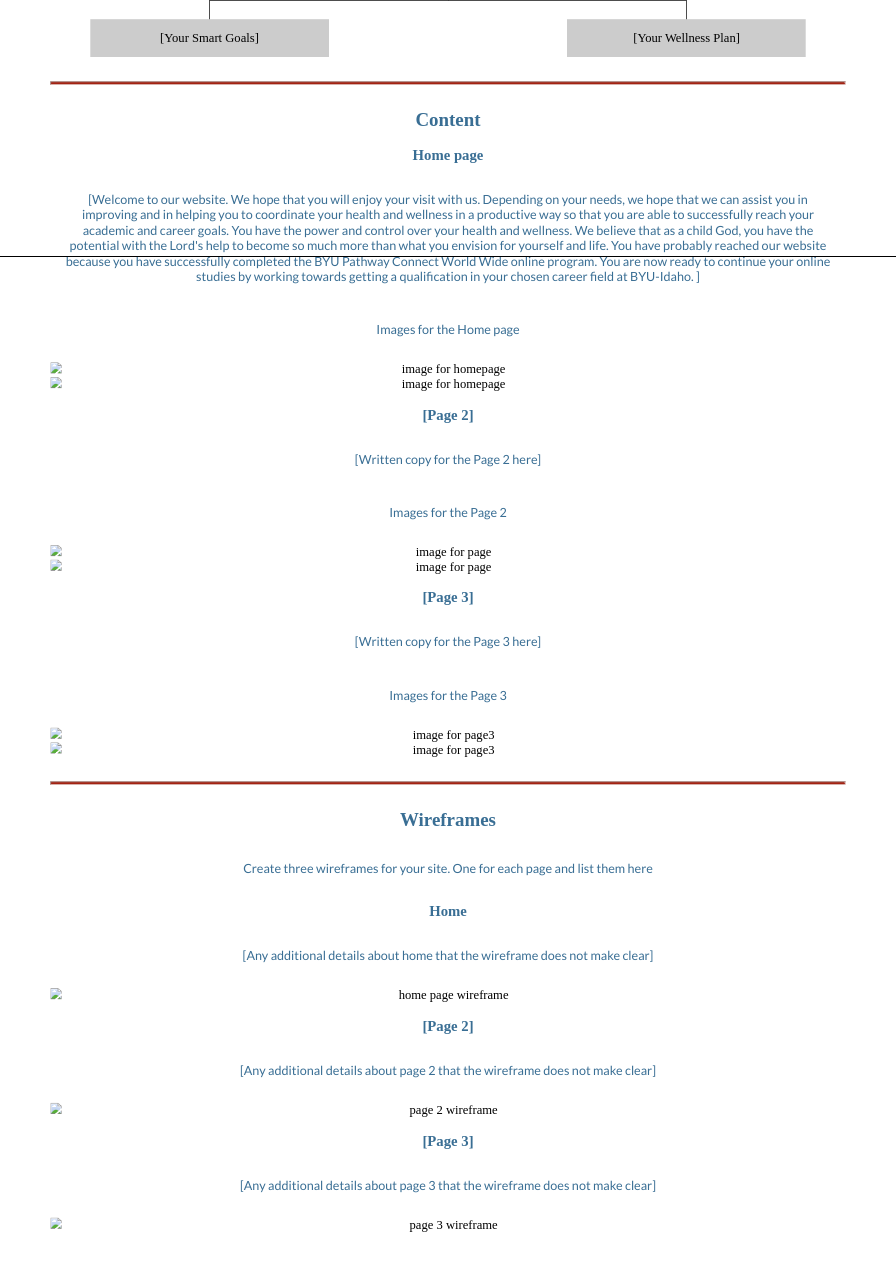
Repository: mszakutumela/wdd130
Page: wellness_plan/site-plan.html
These files come from the project's save history. The page is drawn as it stood at one moment and after the next save; the edit follows.
The browser window is 1280 px wide. The pictures show the part of the page from y = 2539 to 4459 px (the page is 4371 px tall before and 4459 px after), at 70% of full size.
Some web fonts or font styles are not loaded; a fallback is used.

Above is the page before, as saved 2023-07-14 22:34:55.

### wellness_plan/site-plan.html

<!DOCTYPE html>
<html lang="en-us">

  <head>
    <meta charset="utf-8">
    <title>Site Plan</title>
    <link type="text/css" rel="stylesheet" href="styles/site-plan.css">
  </head>

  <body>
    <header>
      <h1>[Wellness Plan] Site Plan</h1>
      <h2>Ayanda Ndlovu</h2>
      <h2>WDD 130-[W07-W08]</h2>
      <!-- In the header above, add the name or your site, your name and class number. For example if you are in section 3 you would put WDD 130.03 -->
    </header>
    <main>

      <!-- ------------------------Steps 2-3------------------------------ -->
      <hr>
      <h2>Overview</h2>
      <h3>Purpose</h3>
      <p>[The purpose of this website is to educate BYU Pathway World Wide online students around the world about a "Wellness Plan". For them <br>
        to know what it is and how it can help them. We know that furthering one's studies is not easy and it can <br>
        be very challenging. We are here help you create your own Wellness Plan for your academic and career success.]</p>  <!-- change this -->


      <h3>Audience</h3>
      <p>[BYU Pathway World Wide online students around the world who are studying to get a qualification for their chosen career path.]</p>  <!-- change this -->

      <hr>
      <h2>Branding</h2>
      <h3>Website Logo</h3>
      <!-- Replace this with some sort of logo for your site.  A logo can be as simple as the name of your site in a nice font :) -->
      <img src="images/logo 1.png" alt="Logo image">
      <hr>
      <h2>
        Style Guide
      </h2>

      <!-- ------------------------Steps 4-8------------------------------ -->

      <h3>
        Color Palette
      </h3>
      <!--  The colors you choose for a website are one of the most important decisions you will make. Follow the instructions on the activity in iLearn then return and replace the color codes below with the hex color codes (the 6 digit numbers that show at the bottom of each color) for the colors you have chosen below.  You should have at least 2 colors but do not have to fill in all 4 if you do not need them.  -->

      <!-- Copy and paste the URL to your finished palette below Make sure to paste it into both spots -->
      Palette URL: <a href="https://coolors.co/396e94-e7c24f-a43312-381d2a-aabd8c" target="_blank">https://coolors.co/396e94-e7c24f-a43312-381d2a-aabd8c</a>


      <table class="colors">
        <tr><th>Primary</th><th>Secondary</th><th>Accent 1</th><th>Accent 2</th></tr>
        <!-- Replace the numbers in the boxes below with your hex color codes. Then switch to the site-plan.css file and change your colors there as well. -->
        <tr><td class="primary">[#327570]</td><td class="secondary">[#b4f7f1]</td><td class="accent1">[#69f5ea]</td><td class="accent2">[#53c2b0]</td></tr>
      </table>

      <!-- ------------------------Step 9------------------------------ -->

      <h3>
        Typography
      </h3>
      <!-- Choose a font for your paragraphs (body copy) and headlines. What font(s) have you chosen? Why did you choose what you did?  Make sure to review the list of web safe fonts at W3Schools.org as a starting point.  Think also about which of your colors above you might use for background and font colors. -->

      <h4>
        Heading Font: [Arial]  <!-- change this -->
      </h4>
      <h4>
        Paragraph Font: [Tahoma]  <!-- change this -->
      </h4>
      <h3>
        Normal paragraph example
      </h3>
      <p>
        Lorem ipsum dolor sit amet, consectetur adipiscing elit, sed do eiusmod tempor incididunt ut labore et dolore magna aliqua. Ut enim ad minim veniam, quis nostrud exercitation ullamco laboris nisi ut aliquip ex ea commodo consequat. Duis aute irure dolor in reprehenderit in voluptate velit esse cillum dolore eu fugiat nulla pariatur. Excepteur sint occaecat cupidatat non proident, sunt in culpa qui officia deserunt mollit anim id est laborum.
      </p>
      <h3>
        Colored paragraph example
      </h3>
      <p class="colored">
        Lorem ipsum dolor sit amet, consectetur adipiscing elit, sed do eiusmod tempor incididunt ut labore et dolore magna aliqua. Ut enim ad minim veniam, quis nostrud exercitation ullamco laboris nisi ut aliquip ex ea commodo consequat.
      </p>

      <!-- ------------------------Step 10------------------------------ -->

      <h3>
        Navigation
      </h3>
      <!-- Think about how you want your navigation bar to look. In the site-plan.css file change the colors to your colors to get the look you desire. -->
      <nav>
        <a href="#">Home</a>
        <a href="#">Your Smart Goals </a>
        <a href="#">Your Wellness Plan</a>
      </nav>
      <hr>
      <h2>
        Site Map
      </h2>
      <div class="sitemap">
        <div class="sm-home">
          Home
        </div>
        <div class="sm-page2">
          [Your Smart Goals] <!-- change this -->
        </div>
        <div class="sm-page3">
          [Your Wellness Plan]  <!-- change this -->
        </div>

        <div class="top">
          &nbsp;
        </div>
        <div class="left">
          &nbsp;
        </div>
        <div class="right">
          &nbsp;
        </div>

      </div>

      <!-- --------Content Section -------------- -->
      <hr>
      <h2>
        Content
      </h2>
      <h3>Home page</h3>
      <p>
        [Welcome to our website. We hope that you will enjoy your visit with us.
        Depending on your needs, we hope that we can assist you in improving and
        in helping you to coordinate your health and wellness in a productive way
        so that you are able to successfully reach your academic and career goals.
        You have the power and control over your health and wellness. We believe
        that as a child God, you have the potential with the Lord's help to become
        so much more than what you envision for yourself and life.
        You have probably reached our website because you have successfully completed
        the BYU Pathway Connect World Wide online program. You are now ready to continue
        your online studies by working towards getting a qualification in your chosen career
        field at BYU-Idaho.
        ]
      </p>
      <p>Images for the Home page</p>
        <img src="#" alt="image for homepage">
        <img src="#" alt="image for homepage">

      </ul>
      <h3>[Page 2]</h3>
      <p>
        [Written copy for the Page 2 here]
      </p>
      <p>Images for the Page 2</p>
        <img src="#" alt="image for page">
        <img src="#" alt="image for page">

      </ul>
      <h3>[Page 3]</h3>
      <p>
        [Written copy for the Page 3 here]
      </p>
      <p>Images for the Page 3</p>
        <img src="#" alt="image for page3">
        <img src="#" alt="image for page3">

      </ul>
      <hr>
      <h2>
        Wireframes
      </h2>
      <p>
        Create three wireframes for your site. One for each page and list them here</p>

      <h3>Home</h3>
      <p>
        [Any additional details about home that the wireframe does not make clear]
      </p>
      <img src="#" alt="home page wireframe">

      <h3>[Page 2]</h3>
      <p>
        [Any additional details about page 2 that the wireframe does not make clear]
      </p>
      <img src="#" alt="page 2 wireframe">

      <h3>[Page 3]</h3>
      <p>
        [Any additional details about page 3 that the wireframe does not make clear]
      </p>
      <img src="#" alt="page 3 wireframe">
    </main>
  </body>

</html>

### wellness_plan/styles/site-plan.css
/* if you are using any Google fonts change the font names below to your fonts.
Any spaces in your font name should be replaced with a +.
Fonts are separated by a | */
@import url('https://fonts.googleapis.com/css?family=IM+Fell+French+Canon+SC|Lato');

:root {
  /* change the values below to your colors from your palette */
  --primary-color: #396E94   ;
  --secondary-color: #E7C24F ;
  --accent1-color: #A42212;
  --accent2-color: white;

  /* change the values below to your chosen font(s) */
  --heading-font: "IM Fell French Canon SC";
  --paragraph-font: Lato, Helvetica, sans-serif;

  /* these colors below should be chosen from among your palette colors above */
  --headline-color-on-white: #396E94;  /* headlines on a white background */
  --headline-color-on-color: white; /* headlines on a colored background */
  --paragraph-color-on-white: #396E94; /* paragraph text on a white background */
  --paragraph-color-on-color: white; /* paragraph text on a colored background */
  --paragraph-background-color: #396E94  ;
  --nav-link-color: #396E94;
  --nav-background-color: #D4AC0D;
  --nav-hover-link-color: white;
  --nav-hover-background-color: #396E94;
}


/*  Look around below...but DON'T CHANGE ANYTHING! */

body {
  max-width: 1200px;
  margin: 0 auto;
  padding: 4em;
  font-size: 18px;
  text-align: center;
}
img {
  display: block;
  margin: 0 auto;
}
h1, h2, h3, h4, h5, h6 {
  font-family: var(--heading-font);
  color: var(--headline-color-on-white);
}
h2 {
  text-align: center;
}
hr {
  height: 3px;
  margin: 35px 0;
  background: var(--accent1-color);
}
header {
  padding: 1em;
  text-align: center;
  color: var(--headline-color-on-color);
  background-color: var(--paragraph-background-color);
}
header > h1, header > h2 {
  color: var(--headline-color-on-color);
}

p {
  font-family: var(--paragraph-font);
  color: var(--paragraph-color-on-white);
  padding: 1em;
}
.colors {
  width: 100%;
  min-width: 350px;
  margin: 30px auto;
  text-align: center;
}
.colors th {
  background-color: #999;
}
.colors td{
  width: 25%;
  height: 3em;
}

.primary {
  background-color: #327570;
}
.secondary {
  background-color: #b4f7f1;
}
.accent1 {
  background-color: #69f5ea;
}
.accent2{
  background-color: var(#53c2b9);
}

p.colored {
  background-color: var(--paragraph-background-color);
  color: var(--paragraph-color-on-color);
}

nav {
  background-color: var(--nav-background-color);
  line-height: 3em;
  text-align: center;
  font-size: 1.2em;
}
nav  {
  list-style-type: none;
  display: flex;

}
nav a {
  padding:1em;
  min-width: 120px;
  text-decoration: none;
  padding: 10px;

}
nav a:link, nav a:visited {
  color: var(--nav-link-color);
}
nav a:hover {
  color: var(--nav-hover-link-color);
  background-color: var(--nav-hover-background-color);
}

.sitemap {
  display: grid;
  justify-content: center;

  grid-template-columns: repeat(6, 15%);
  grid-template-rows: 3em 1.5em 1.5em 3em;
  grid-template-areas: ". . home home . ."
    ". . . top . ."
    ". left left right right ."
    "page2 page2 . . page3 page3";
}
.sitemap > div {

  text-align: center;

}
.sm-home {
  grid-area: home;
  background-color: #ccc;
  line-height: 3em;
}
.sm-page2 {
  grid-area: page2;
  background-color: #ccc;
  line-height: 3em;
}
.sm-page3 {
  grid-area: page3;
  background-color: #ccc;
  line-height: 3em;
}

.top {
  grid-area: top;
  border-left: 1px solid;
}

.left {
  grid-area: left;
  border-top: 1px solid;
  border-left: 1px solid;
}

.right {
  grid-area: right;
  border-top: 1px solid;
  border-right: 1px solid;
}

After the next save:
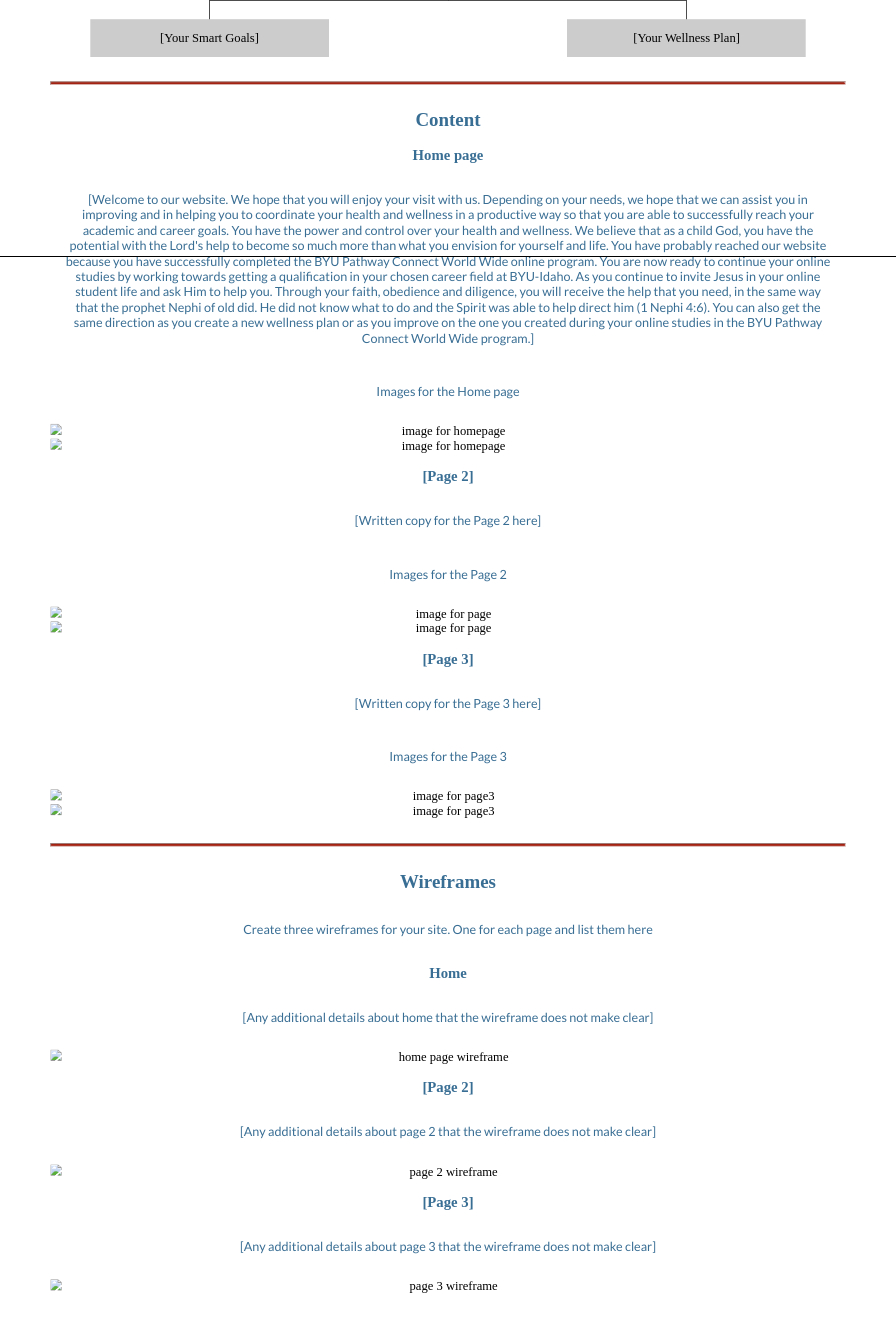
Saved 23 s later.
--- a/wellness_plan/site-plan.html
+++ b/wellness_plan/site-plan.html
@@ -138,7 +138,7 @@
         the BYU Pathway Connect World Wide online program. You are now ready to continue
         your online studies by working towards getting a qualification in your chosen career
         field at BYU-Idaho.
-        ]
+        As you continue to invite Jesus in your online student life and ask Him to help you. Through your faith, obedience and diligence, you will receive the help that you need, in the same way that the prophet Nephi of old did. He did not know what to do and the Spirit was able to help direct him (1 Nephi 4:6). You can also get the same direction as you create a new wellness plan or as you improve on the one you created during your online studies in the BYU Pathway Connect World Wide program.]
       </p>
       <p>Images for the Home page</p>
         <img src="#" alt="image for homepage">
